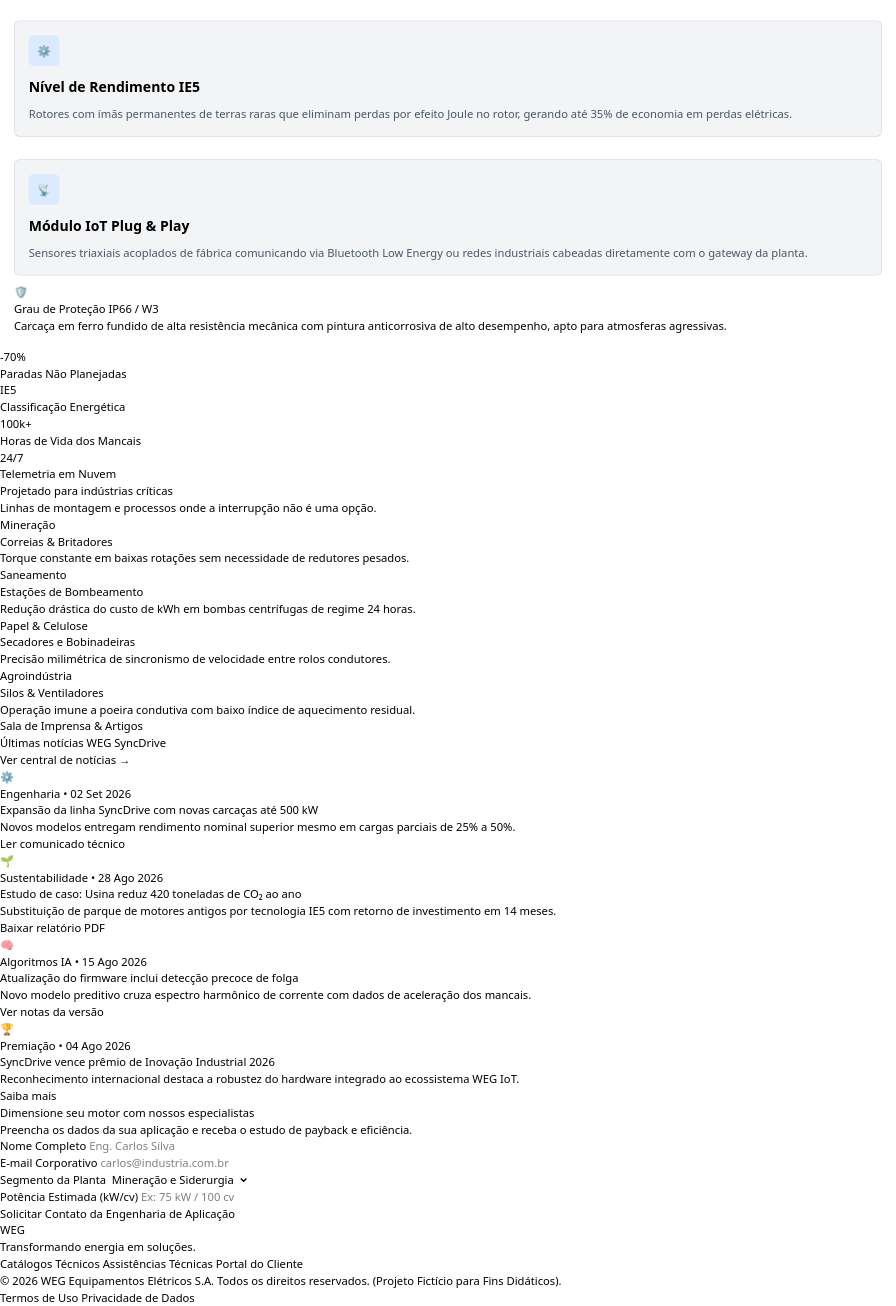
Repository: camilewng/Exercicio-Tailwind
Page: index.html
These files come from the project's save history. The page is drawn as it stood at one moment and after the next save; the edit follows.
The browser window is 1280 px wide. The pictures show the part of the page from y = 1178 to 3098 px (the page is 3044 px tall before and 3098 px after), at 70% of full size.

Above is the page before, as saved 2026-09-08 21:26:14.

After the next save:
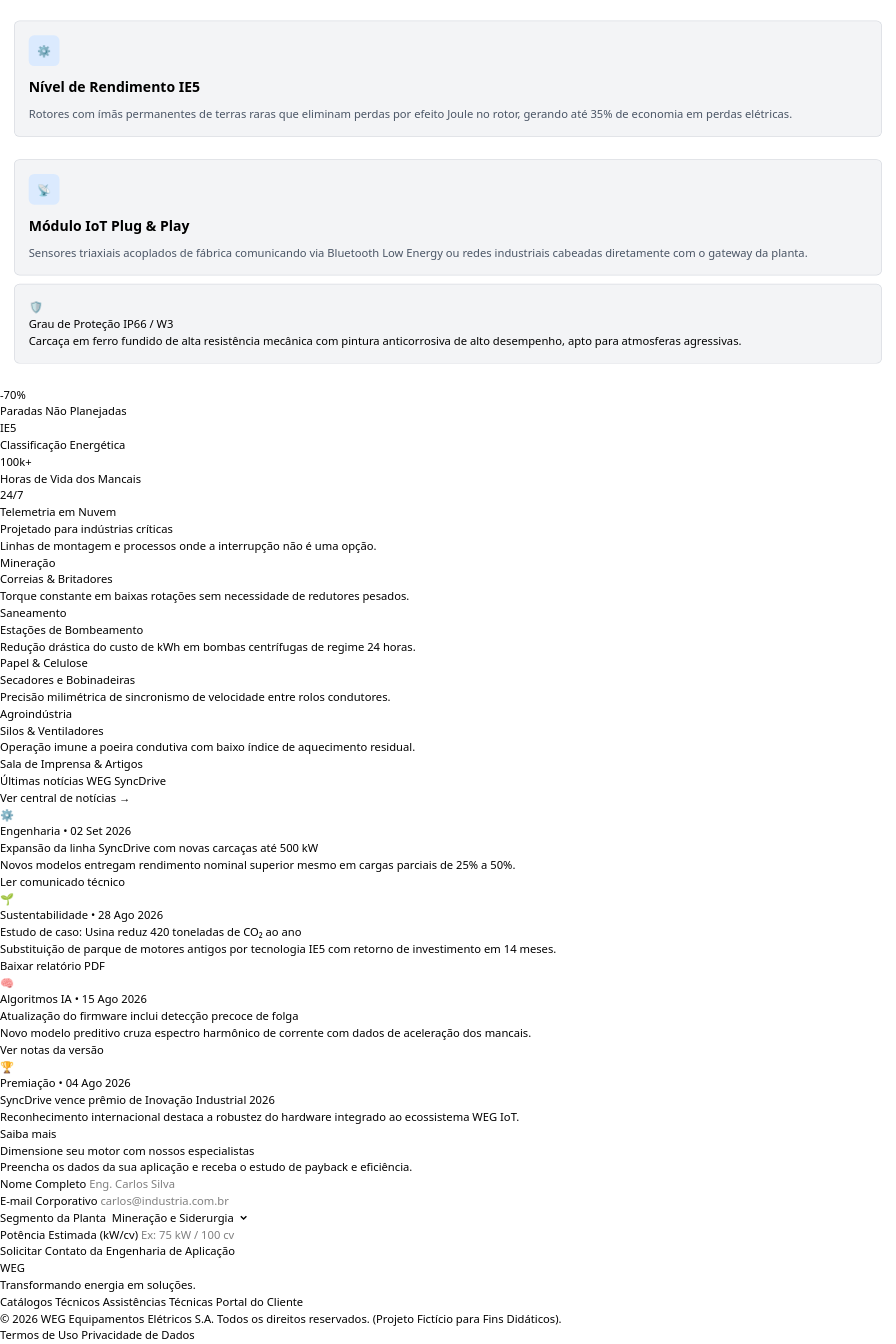
Saved 15 s later.
--- a/index.html
+++ b/index.html
@@ -144,7 +144,7 @@
             <p class="text-gray-600">Sensores triaxiais acoplados de fábrica comunicando via Bluetooth Low Energy ou redes industriais cabeadas diretamente com o gateway da planta.</p>
           </article>
 
-          <article class="">
+          <article class="bg-gray-100 p-5 rounded-lg border border-gray-300/80 mb-3">
             <div>🛡️</div>
             <h3>Grau de Proteção IP66 / W3</h3>
             <p>Carcaça em ferro fundido de alta resistência mecânica com pintura anticorrosiva de alto desempenho, apto para atmosferas agressivas.</p>
